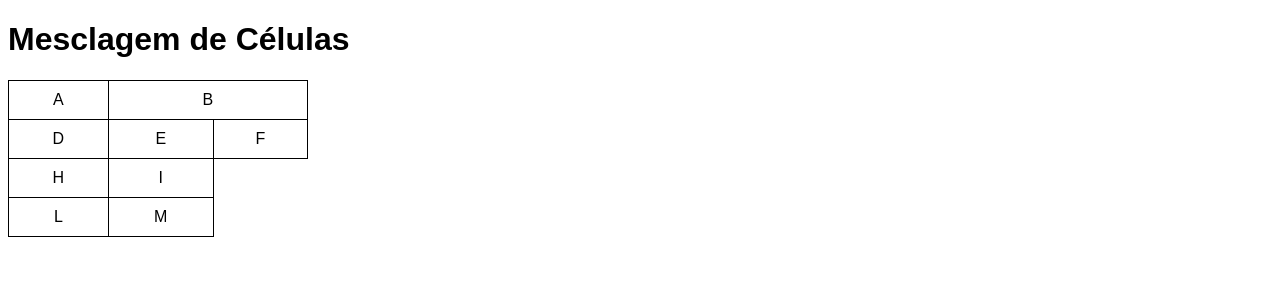
Repository: ClaytonEduard/cursoemvideo
Page: html-css/ex023/tabela003.html
These files come from the project's save history. The page is drawn as it stood at one moment and after a run of saves; the edit follows.
The browser window is 1280 px wide. The pictures show the whole page.

Above is the page before, as saved 2022-12-08 16:50:31.

### html-css/ex023/tabela003.html
<!DOCTYPE html>
<html lang="pt-br">

<head>
    <meta charset="UTF-8">
    <meta http-equiv="X-UA-Compatible" content="IE=edge">
    <meta name="viewport" content="width=device-width, initial-scale=1.0">
    <title>Tabelas</title>
    <style>
        body{
            font-family: Arial, Helvetica, sans-serif;

        }
        table{
            border-collapse:collapse;
            width: 300px;
        }
        td{
            border: 1px solid black;
            padding: 10px;
            text-align: center;
        }
    </style>
</head>

<body>
    <h1>Mesclagem de Células</h1>
    <table>
        <tr>
            <td>A</td>
            <!-- expanção de linha
                colspan="2" e colocar a qtd de colunas a ocupar
            -->
            <td colspan="2">B</td>

        </tr>
        <tr>
            <td>D</td>
            <td>E</td>
            <td >F</td>
        </tr>
        <tr>

            <td>H</td>
            <td>I</td>
        </tr>
        <tr>

            <td>L</td>
            <td>M</td>
        </tr>
    </table>
</body>

</html>

After the next 3 saves:
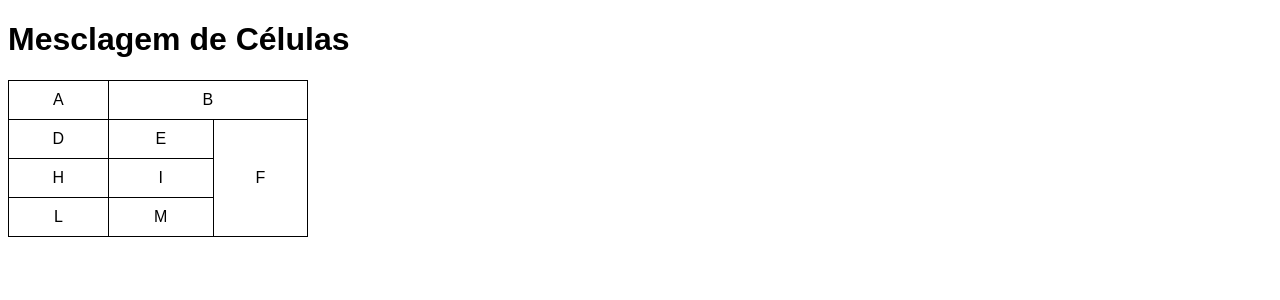
The 3 saves are shown as one change because they came seconds apart.
The last was saved 10 s later.
--- a/html-css/ex023/tabela003.html
+++ b/html-css/ex023/tabela003.html
@@ -37,7 +37,7 @@
         <tr>
             <td>D</td>
             <td>E</td>
-            <td >F</td>
+            <td rowspan="3" >F</td>
         </tr>
         <tr>
 

After the 2 saves that followed:
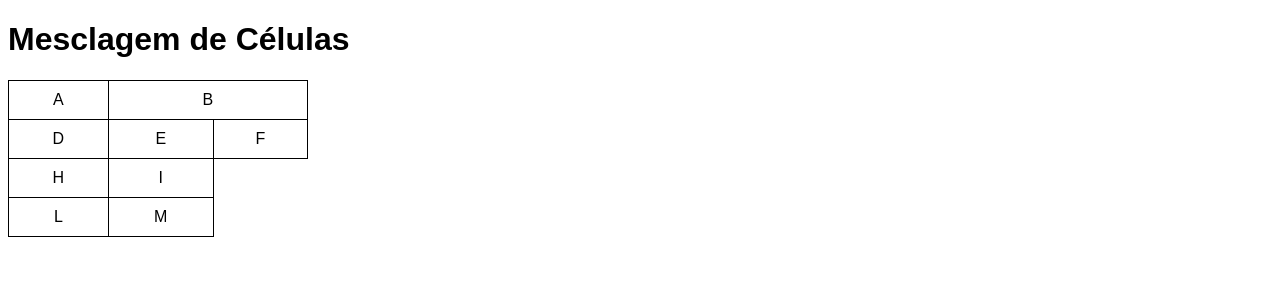
The 2 saves are shown as one change because they came seconds apart.
The last was saved 26 s later.
--- a/html-css/ex023/tabela003.html
+++ b/html-css/ex023/tabela003.html
@@ -37,7 +37,7 @@
         <tr>
             <td>D</td>
             <td>E</td>
-            <td rowspan="3" >F</td>
+            <td>F</td>
         </tr>
         <tr>
 
